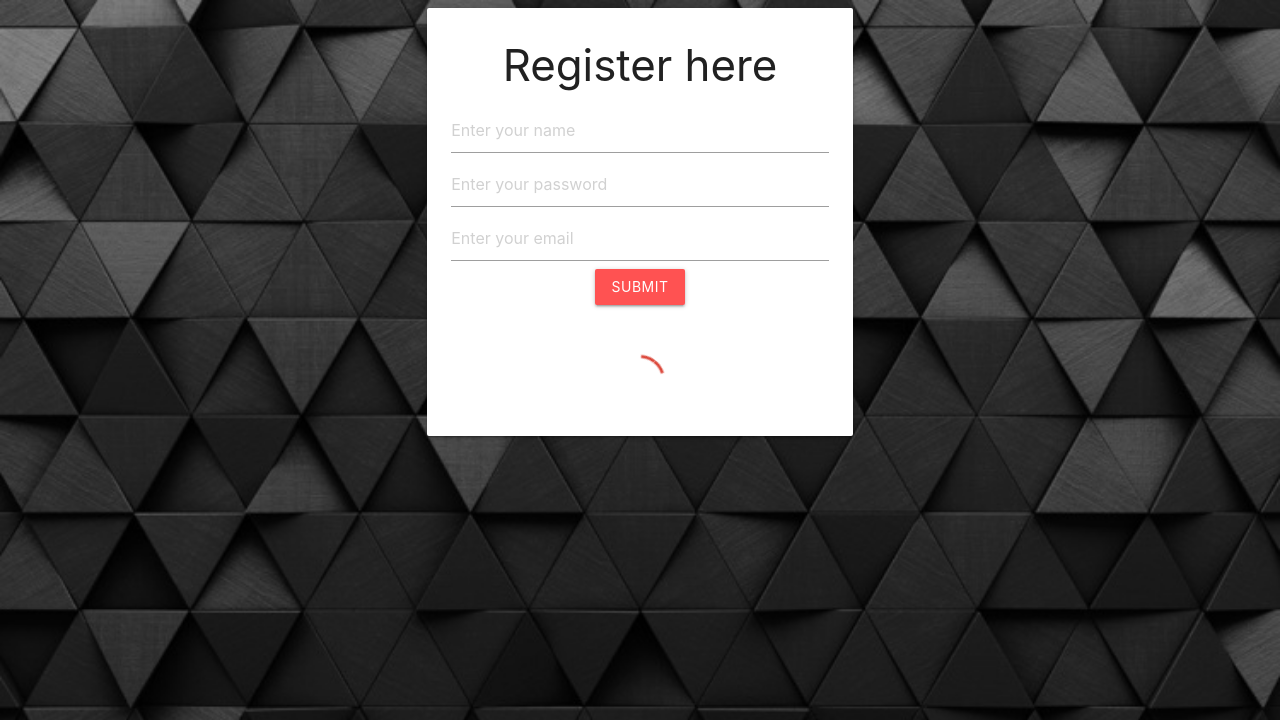
Repository: Attishgawali/JavaServletAndJSP
Page: http://localhost/Register/signup.jsp
These files come from the project's save history. The page is drawn as it stood at one moment and after the next save; the edit follows.
The browser window is 1280 px wide. The pictures show the whole page.
The page is served by Tomcat 9.

Above is the page before, as saved 2023-07-06 11:47:02.

### Register/src/main/webapp/signup.jsp
<%@ page language="java" contentType="text/html; charset=UTF-8"
	pageEncoding="UTF-8"%>
<!DOCTYPE html>
<html>
<head>
<meta charset="UTF-8">
<title>Insert title here</title>
<!-- Compiled and minified CSS -->
<link rel="stylesheet"
	href="https://cdnjs.cloudflare.com/ajax/libs/materialize/1.0.0/css/materialize.min.css">

<!-- Compiled and minified JavaScript -->
<script
	src="https://cdnjs.cloudflare.com/ajax/libs/materialize/1.0.0/js/materialize.min.js"></script>
</head>
<body
	style="background: url(image/shutterstock.jpg); background-size: cover; background-attachment: fixed">
	<div class="container">
		<div class="row">
			<div class="col m6 offset-m3 ">
				<div class="card">
					<div class="card-content">
						<h3 style="margin-top: 10px;" class="center-align">Register
							here</h3>
						<div class="form center-align">
							<form action="register" method="post">
								<input type="text" name="username" placeholder="Enter your name">
								<input type="password" name="userpassword"
									placeholder="Enter your password"> <input type="email"
									name="useremail" placeholder="Enter your email">

								<button type="submit" class="btn #ff5252 red accent-2">Submit</button>
							</form>
						</div>

						<div class="loader center-align" style="margin-top: 50px;">
							<div class="preloader-wrapper active">
								<div class="spinner-layer spinner-red-only">
									<div class="circle-clipper left">
										<div class="circle"></div>
									</div>
									<div class="gap-patch">
										<div class="circle"></div>
									</div>
									<div class="circle-clipper right">
										<div class="circle"></div>
									</div>
								</div>
							</div>
						</div>
					</div>
				</div>
			</div>
		</div>
	</div>
</body>
</html>

After the next save:
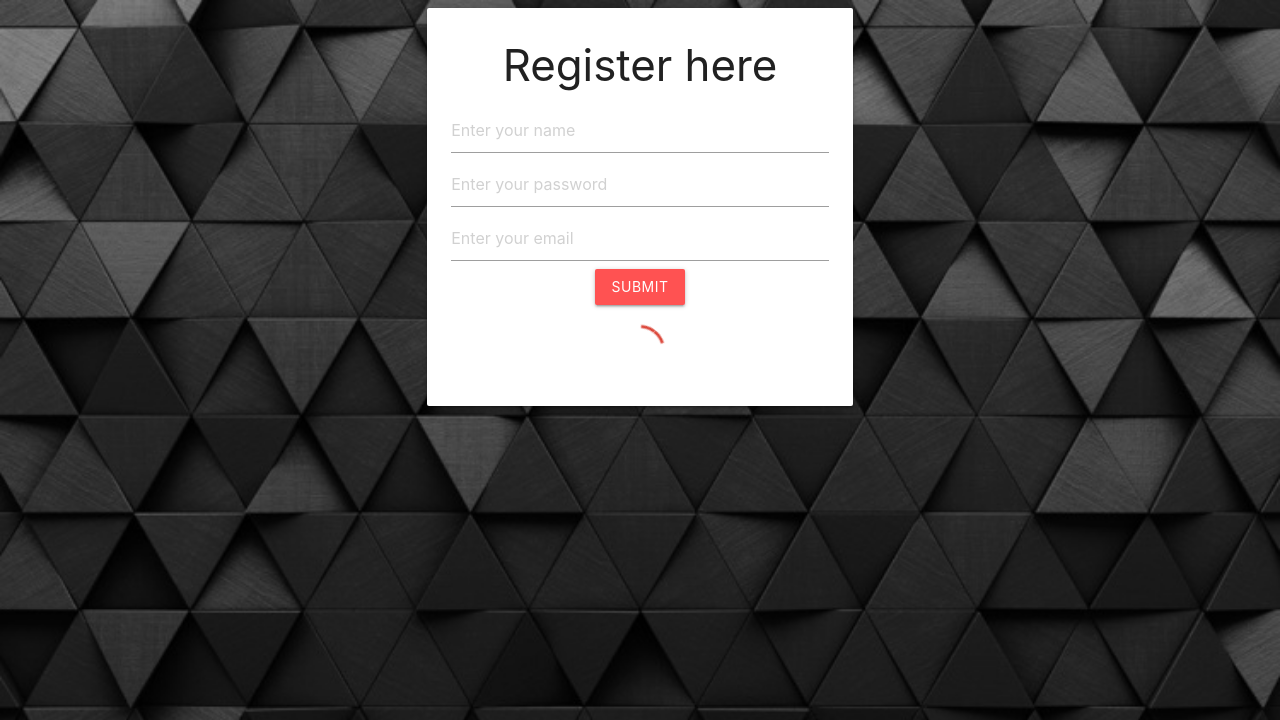
Saved 10 s later.
--- a/Register/src/main/webapp/signup.jsp
+++ b/Register/src/main/webapp/signup.jsp
@@ -33,7 +33,7 @@
 							</form>
 						</div>
 
-						<div class="loader center-align" style="margin-top: 50px;">
+						<div class="loader center-align" style="margin-top: 20px;">
 							<div class="preloader-wrapper active">
 								<div class="spinner-layer spinner-red-only">
 									<div class="circle-clipper left">
